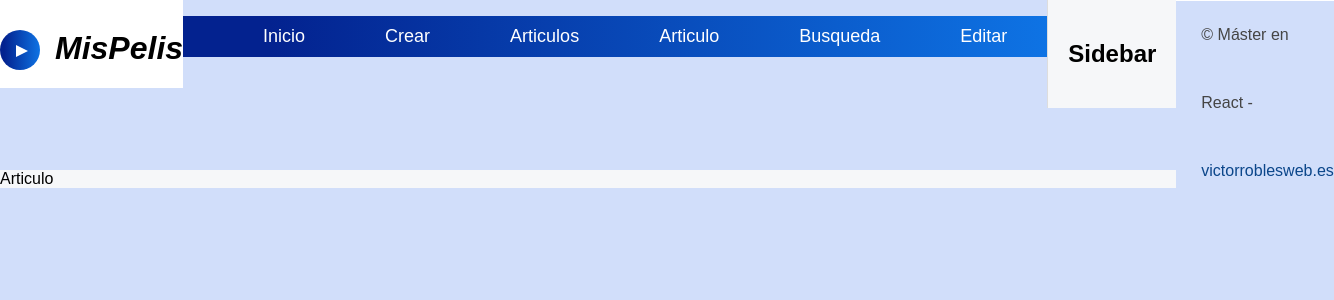
Repository: DamianBermudez94/frondEnd-blog
Page: /articulo
These files come from the project's save history. The page is drawn as it stood at one moment and after the next save; the edit follows.
The browser window is 1280 px wide. The page is 1334 px wide, then 1280 px, so the pictures cover 1334 px, including what lies to the right of the window. The pictures show the whole page.
The project was rebuilt for these pictures with package versions that can differ from the ones it lists, and the page was loaded fresh each time. Also part of the build but not shown: vite.config.js, src/components/pages/Inicio.jsx, src/components/pages/Busqueda.jsx, src/components/pages/Crear.jsx, src/components/pages/Articulos.jsx.

Above is the page before, as saved 2023-08-07 19:34:53.

### index.html
<!doctype html>
<html lang="es">
  <head>
    <meta charset="UTF-8" />
    <link rel="icon" type="image/svg+xml" href="/vite.svg" />
    <meta name="viewport" content="width=device-width, initial-scale=1.0" />
    <title>Proyecto-blog</title>
  </head>
  <body>
    <div id="root"></div>
    <script type="module" src="/src/main.jsx"></script>
  </body>
</html>

### src/main.jsx

import ReactDOM from 'react-dom/client'
import App from './App.jsx'
import './index.css'

ReactDOM.createRoot(document.getElementById('root')).render(

    <App />

)

### src/App.jsx
import { Rutas } from "./router/rutas"



function App() {


  return (
    <div className="layout">
      <Rutas></Rutas>
    </div>
  )
}

export default App

### src/index.css
/*:root {
  font-family: Inter, system-ui, Avenir, Helvetica, Arial, sans-serif;
  line-height: 1.5;
  font-weight: 400;

  color-scheme: light dark;
  color: rgba(255, 255, 255, 0.87);
  background-color: #242424;

  font-synthesis: none;
  text-rendering: optimizeLegibility;
  -webkit-font-smoothing: antialiased;
  -moz-osx-font-smoothing: grayscale;
  -webkit-text-size-adjust: 100%;
}

a {
  font-weight: 500;
  color: #646cff;
  text-decoration: inherit;
}
a:hover {
  color: #535bf2;
}

body {
  margin: 0;
  display: flex;
  place-items: center;
  min-width: 320px;
  min-height: 100vh;
}

h1 {
  font-size: 3.2em;
  line-height: 1.1;
}

button {
  border-radius: 8px;
  border: 1px solid transparent;
  padding: 0.6em 1.2em;
  font-size: 1em;
  font-weight: 500;
  font-family: inherit;
  background-color: #1a1a1a;
  cursor: pointer;
  transition: border-color 0.25s;
}
button:hover {
  border-color: #000bdb;
}
button:focus,
button:focus-visible {
  outline: 4px auto -webkit-focus-ring-color;
}

@media (prefers-color-scheme: light) {
  :root {
    color: #213547;
    background-color: #ffffff;
  }
  a:hover {
    color: #000dff;
  }
  button {
    background-color: #f9f9f9;
  }
}*/


/*ESTILOS GENERALES*/

body{
  background: #d1defa;
  font-family: sans-serif, Arial, Helvetica;
  text-align: center;
  padding: 0px;
  margin: 0px;
  box-sizing: border-box;
}

.layout{
  width: 100%;
  height: auto;
  display: grid;
  grid-template-areas:
      "header header header header"
      "nav nav nav nav"
      "content content content lateral"
      "footer footer footer footer"
  ;
  grid-template-rows: 100px 70px auto 70px;
}

/*ESTILOS CABECERA*/

.header{
  grid-area: header;

  background: white;
  text-align: left;
  font-style: italic;

  display: flex;
  justify-content: center;
}

.logo{
  background: linear-gradient(90deg, #03228f 10%, #0e73e4 100%);
  width: 40px;
  height: 40px;
  border-radius: 300px;
  margin-top: 30px;
}

.play{
  width: 0;
  height: 0;
  margin-top: 15px;
  margin-left: 16px;
  border-left: 12px solid white;
  border-top: 6px solid transparent;
  border-bottom: 6px solid transparent;
}

.header h1{
  margin-left: 15px;
  margin-top: 30px;
}

/*ESTILOS DE LA BARRA DE NAVEGACIÓN*/

.nav{
  grid-area: nav;
  background: linear-gradient(90deg, #03228f 10%, #0e73e4 100%);
}

.nav > ul {
  display: flex;
  justify-content: center;
  align-items: center;
  list-style: none;
}

.nav li{
  padding: 10px;
}

.nav a {
  display: block;
  margin-left: 30px;
  margin-right: 30px;
  font-size: 18px;
  font-weight: lighter;
  color: white;
  text-decoration: none;
  transition: all 300ms;
}

.nav a:hover{
  transform: scale(1.1, 1.1);
}

/*ESTILOS PARA EL CONTENIDO PRINCIPAL*/

.content{
  grid-area: content;
  background: #f6f7f9;

  display: flex;
  flex-flow: row wrap;
  justify-content: flex-start;
  align-items: flex-start;
  flex-grow: 1;
}

.articulo-item{
  flex-grow: 1;
  background: white;
  border-radius: 10px;
  box-shadow: 0px 0px 6px #ddd;
  margin: 20px;
  padding-top: 60px;
  padding-bottom: 60px;
  padding-left: 25px;
  padding-right: 25px;
}
.articulo-item .edit{
  margin-right: 7px;
}
button,
input[type="submit"],
input[type="button"]{
  width: 100px;
  background: #0b70e1;
  color: white;
  border: 0;
  outline: 0;
  padding:15px;
  border-radius: 3px;
  margin-top:15px;
  text-transform: capitalize;
  font-size: 16px;
  font-weight: 500;
  cursor: pointer;
  transition: all 300ms;
}

.articulo-item .edit:hover{
  background: #e77b00;
}

.articulo-item .delete:hover{
  background: #9b0202;
}

/*ESTILOS BARRA LATERAL*/

.lateral{
  grid-area: lateral;
  background: #f6f7f9;
  border-left: 1px solid #ddd;
  padding: 20px;
}

.lateral > div{
  box-sizing: border-box;
  width: 90%;
  margin: 20px;
  padding: 20px;
  padding-top: 10px;
  background: white;
  border-radius: 10px;
  box-shadow: 0px 0px 6px #ddd;
}

.lateral input[type="text"],
.lateral input[type="text"],
.lateral textarea,
.edit_form input[type="text"],
.edit_form input[type="text"],
.edit_form textarea
{
  display: block;
  margin: 0 auto;
  margin-top: 15px;
  padding: 12px;
  border-radius: 5px;
  background: #f6f7f9;
  color: #454545;
  width: 80%;
  max-width: 250px;
  min-width: 250px;
  min-height: 30px;
  max-height: 250px;
  opacity: 4;
  outline: 0;
  border-color: transparent;
}
.no-encontrado{
  color: #9b0202;
}
.edit_form{
  border-top: 1px solid #ddd;
  margin-top: 10px;
}

/*ESTILOS PARA EL PIE DE PÁGINA*/
.footer{
  grid-area: footer;

  background: #d1defa;
  color: #454545;
  border-top: 1px solid white;
  text-align: left;
  line-height: 68px;
  padding-left: 25px;
}

.footer a{
  color: #0b468a;
  text-decoration: none;
}

@media (max-width: 1085px){
  .content {
      flex-flow: column wrap;
      justify-content: center;
      align-items: center;
  }

  .articulo-item{
      width: 80%;
  }
}

### src/router/rutas.jsx
import React from "react";
import { BrowserRouter, Routes, Route, Navigate } from "react-router-dom";
import { Inicio } from "../components/pages/Inicio";
import { Busqueda } from "../components/pages/Busqueda";
import { Crear } from "../components/pages/Crear";
import Articulos from "../components/pages/Articulos";
import { Articulo } from "../components/pages/Articulo";
import { Header } from "../components/layout/Header";
import { Nav } from "../components/layout/Nav";
import { Footer } from "../components/layout/Footer";
import { Sidebar } from "../components/layout/Sidebar";


export const Rutas = ()=>{

    return(
        <BrowserRouter>
            {/*Layout*/}
            <Header></Header>
            <Nav></Nav>
            {/*Contenido principal y rutas*/}
            <section id="content" className="content">
                <Routes>
                    <Route path="/" element={<Inicio/>}/>
                    <Route path="/inicio" element={<Inicio/>}/>
                    <Route path="/busqueda" element={<Busqueda/>}/>
                    <Route path="/crear" element={<Crear/>}/>
                    <Route path="/articulos" element={<Articulos/>}/>
                    <Route path="/articulo" element={<Articulo/>}/>
                </Routes>
            </section>
            <Sidebar/>
            <Footer></Footer>
        </BrowserRouter>
    )

}

### src/components/pages/Articulo.jsx
import React from 'react'

export const Articulo = () => {
  return (
    <div>Articulo</div>
  )
}

### src/components/layout/Header.jsx
import React from 'react'

export const Header = () => {
  return (
    <div>
         <header className="header">
            <div className="logo">
                <div className="play"></div>
            </div>

            <h1>MisPelis</h1>
        </header>
    </div>
  )
}

### src/components/layout/Nav.jsx
import React from 'react'
import { NavLink } from 'react-router-dom'

export const Nav = () => {
  return (
    <div>
           <nav className="nav">
            <ul>
                <li><NavLink to="/#">Inicio</NavLink></li>
                <li><NavLink to="/crear">Crear</NavLink></li>
                <li><NavLink to="/articulos">Articulos</NavLink></li>
                <li><NavLink to="/articulo">Articulo</NavLink></li>
                <li><NavLink to="/busqueda">Busqueda</NavLink></li>
                <li><NavLink to="/editar">Editar</NavLink></li>
            </ul>
        </nav>
    </div>
  )
}

### src/components/layout/Footer.jsx
import React from 'react'

export const Footer = () => {
  return (
    <div>
         <footer className="footer">
            &copy; Máster en React - <a href="https://victorroblesweb.es">victorroblesweb.es</a>
        </footer>
    </div>
  )
}

### src/components/layout/Sidebar.jsx
import React from 'react'

export const Sidebar = () => {
  return (
    <div>
           {/*Barra lateral*/}
           <aside className="lateral">

            <h1>Sidebar</h1>

        </aside>
    </div>
  )
}

After the next save:
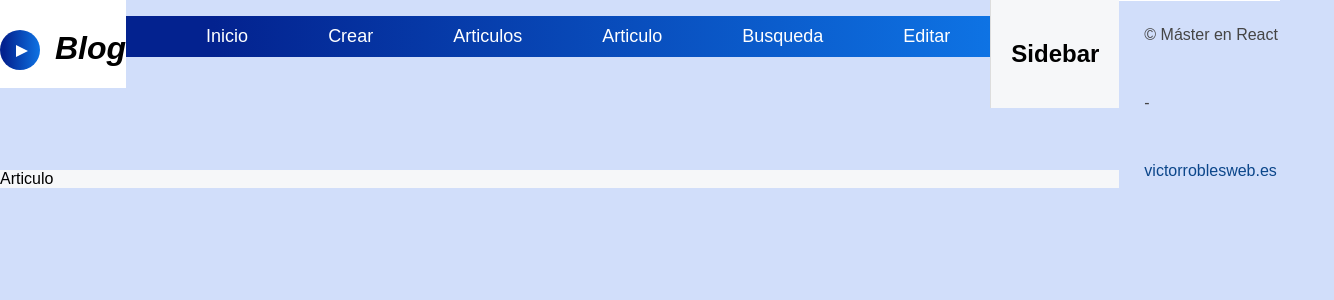
Saved 25 s later.
--- a/src/components/layout/Header.jsx
+++ b/src/components/layout/Header.jsx
@@ -8,7 +8,7 @@ export const Header = () => {
                 <div className="play"></div>
             </div>
 
-            <h1>MisPelis</h1>
+            <h1>Blog</h1>
         </header>
     </div>
   )
